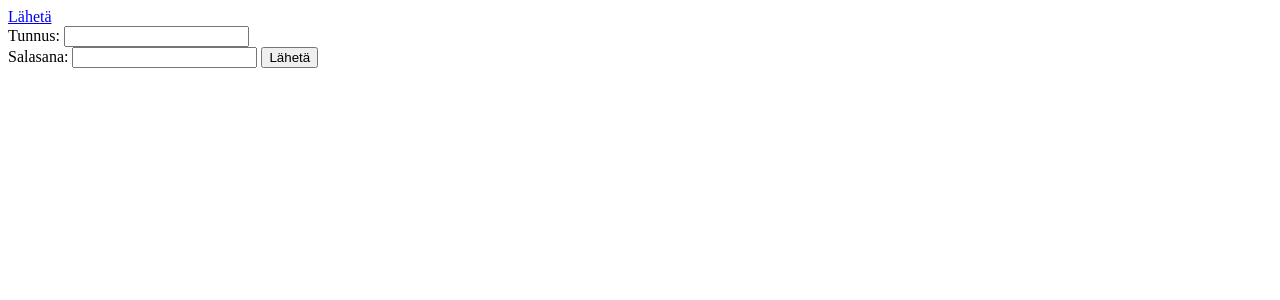
Repository: Zonkku/Valmistautuminen
Page: http://localhost/Kommunikaatio/Kysy.jsp
An editor plug-in stored every save of this project. The page is shown before and after the next save, followed by the edit.
The browser window is 1280 px wide. The pictures show the whole page.
The page is served by Tomcat 9.

Above is the page before, as saved 2020-04-17 08:11:01.

After the next save:
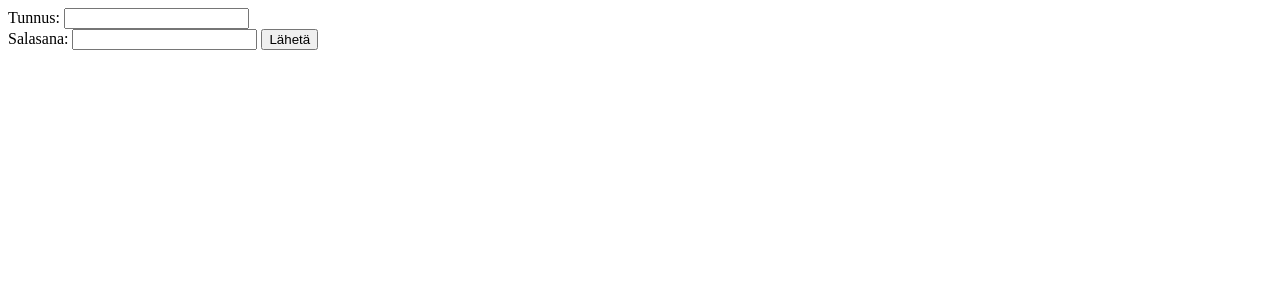
Saved 115 s later.
--- a/Kommunikaatio/WebContent/Kysy.jsp
+++ b/Kommunikaatio/WebContent/Kysy.jsp
@@ -9,7 +9,6 @@
 </head>
 <body>
 
-<a href="nayta.jsp?tunnus=Sonkkuli&pwd=10">Lähetä</a>
 
 <form action="nayta.jsp" method="GET">
 	Tunnus: <input type="text" name="tunnus"><br>
